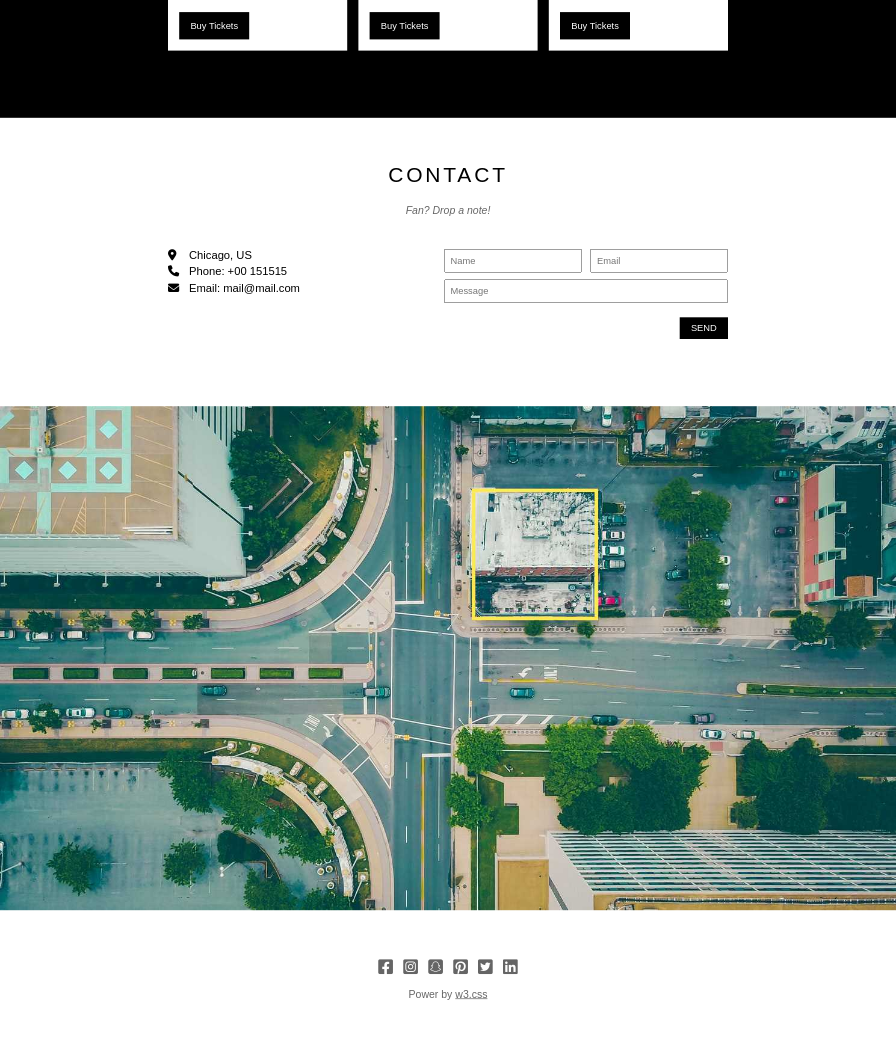
Repository: TranPhucThinh/clone-the-band
Page: index.html
The author's editor kept a copy of each file at every save. The page is drawn from the files as they stood at one save, then again after the next save.
The browser window is 1280 px wide. The pictures show the part of the page from y = 1926 to 3846 px (the page is 3433 px tall before and 3846 px after), at 70% of full size.
Some web libraries are served in a nearby version.

Above is the page before, as saved 2022-08-04 21:16:46.

### index.html
<!DOCTYPE html>
<html lang="en">

<head>
    <meta charset="UTF-8">
    <meta http-equiv="X-UA-Compatible" content="IE=edge">
    <meta name="viewport" content="width=device-width, initial-scale=1.0">

    <title>The Band</title>

    <link rel="stylesheet" href="./assets/style.css">
    <link rel="stylesheet" href="https://cdnjs.cloudflare.com/ajax/libs/font-awesome/6.1.2/css/all.min.css">
</head>

<body>
    <div id="main">

        <div id="header">
            <ul id="nav">
                <li><a href="">Home</a></li>
                <li><a href="">Band</a></li>
                <li><a href="">Tour</a></li>
                <li><a href="">Contact</a></li>
                <li>
                    <a href="">
                        More
                        <i class="fa-solid fa-caret-down"></i>
                    </a>

                    <ul class="subnav">
                        <li><a href="">Merchandise</a></li>
                        <li><a href="">Extras</a></li>
                        <li><a href="">Media</a></li>
                    </ul>
                </li>
            </ul>

            <div class="search-btn">
                <i class="fa-solid fa-magnifying-glass"></i>
            </div>
        </div>

        <div id="slider">
            <div class="text-slider">
                <div class="slider-heading">Los Angeles</div>
                <div class="slider-title">We had the best time playing at Venice Beach!</div>
            </div>
        </div>

        <div id="content">
            <!-- Section About -->
            <div class="section-about">
                <div class="section-content">
                    <p class="title">The band</p>
                    <i class="subtitle">We love music</i>

                    <p class="desc">
                        We have created a fictional band website. Lorem ipsum dolor sit amet, consectetur adipiscing
                        elit,
                        sed
                        do eiusmod tempor incididunt ut labore et dolore magna aliqua. Ut enim ad minim veniam, quis
                        nostrud
                        exercitation ullamco laboris nisi ut aliquip ex ea commodo consequat. Duis aute irure dolor in
                        reprehenderit in voluptate velit esse cillum dolore eu fugiat nulla pariatur. Excepteur sint
                        occaecat
                        cupidatat non proident, sunt in culpa qui officia deserunt mollit anim id est laborum
                        consectetur
                        adipiscing elit, sed do eiusmod tempor incididunt ut labore et dolore magna aliqua. Ut enim ad
                        minim
                        veniam, quis nostrud exercitation ullamco laboris nisi ut aliquip ex ea commodo consequat.
                    </p>
                    <div class="member">
                        <div class="member-1">
                            <p>Name</p>
                            <img src="./assets/imgs/bandmember.jpg" alt="">
                        </div>
                        <div class="member-2">
                            <p>Name</p>
                            <img src="./assets/imgs/bandmember.jpg" alt="">
                        </div>
                        <div class="member-3">
                            <p>Name</p>
                            <img src="./assets/imgs/bandmember.jpg" alt="">
                        </div>
                    </div>
                </div>
            </div>
            <!-- End of Section About -->

            <!-- Section Tour Dates -->
            <div class="tour-date">
                <div class="section-content">
                    <p class="title">Tour dates</p>
                    <i class="subtitle">Remember to book your tickets!</i>

                    <ul class="ticket-state">
                        <li>September<span class="sold-out">Sold out</span></li>
                        <li>October<span class="sold-out">Sold out</span></li>
                        <li>November<span class="quantity">3</span></li>
                    </ul>

                    <div class="places-list">
                        <div class="place-item">
                            <img src="./assets/imgs/newyork.jpg" alt="" class="place-img">
                            <div class="place-content">
                                <p class="place">New York</p>
                                <p class="time">Fri 27 Nov 2016</p>
                                <p class="place-desc">Praesent tincidunt sed tellus ut rutrum sed vitae justo.</p>
                                <button class="buy-ticket-btn js-buy-ticket">Buy Tickets</button>
                            </div>
                        </div>
                        <div class="place-item">
                            <img src="./assets/imgs/paris.jpg" alt="" class="place-img">
                            <div class="place-content">

                                <p class="place">Paris</p>
                                <p class="time">Sat 28 Nov 2016</p>
                                <p class="place-desc">Praesent tincidunt sed tellus ut rutrum sed vitae justo.</p>
                                <button class="buy-ticket-btn js-buy-ticket">Buy Tickets</button>
                            </div>
                        </div>
                        <div class="place-item">
                            <img src="./assets/imgs/sanfran.jpg" alt="" class="place-img">
                            <div class="place-content">
                                <p class="place">San Francisco</p>
                                <p class="time">Sun 29 Nov 2016</p>
                                <p class="place-desc">Praesent tincidunt sed tellus ut rutrum sed vitae justo.</p>
                                <button class="buy-ticket-btn js-buy-ticket">Buy Tickets</button>
                            </div>
                        </div>
                    </div>
                </div>
            </div>
            <!-- End of Section Tour Dates -->

            <!-- Section Contact -->
            <div class="section-contact">
                <div class="section-content">
                    <p class="title">Contact</p>
                    <i class="subtitle">Fan? Drop a note!</i>

                    <div class="contact-content">
                        <div class="contact-by">
                            <div class="address"><i class="fa-solid fa-location-dot icon-contact"></i>Chicago, US</div>
                            <div class="phone"><i class="fa-solid fa-phone icon-contact"></i>Phone: +00 151515</div>
                            <div class="email"><i class="fa-solid fa-envelope icon-contact"></i>Email: mail@mail.com
                            </div>
                        </div>

                        <div class="send-msg">
                            <form action="">
                                <div class="info-user">
                                    <input type="text" required class="input field-name" placeholder="Name">
                                    <input type="text" required class="input field-email" placeholder="Email">
                                </div>
                                <input type="text" required class="input field-msg" placeholder="Message">
                                <button class="send-btn">SEND</button>
                            </form>
                        </div>
                    </div>
                </div>
            </div>
            <!-- End of Section Contact -->

            <!-- Section Map -->
            <div class="section-map">
                <img src="./assets/imgs/map.jpg" alt="">
            </div>
            <!-- End of Section Map -->
        </div>

        <div id="footer">
            <div class="social-icon">
                <i class="fa-brands fa-square-facebook"></i>
                <i class="fa-brands fa-square-instagram"></i>
                <i class="fa-brands fa-square-snapchat"></i>
                <i class="fa-brands fa-square-pinterest"></i>
                <i class="fa-brands fa-square-twitter"></i>
                <i class="fa-brands fa-linkedin"></i>
            </div>
            <p>Power by <a>w3.css</a></p>
        </div>

        <!-- Buy tickets modal section -->
        <div class="modal">
            <div class="modal-container">
                <div class="header-modal">
                    <h1><i class="fa-solid fa-suitcase"></i> Tickets</h1>
                    <div class="close-btn">✖</div>
                </div>

                <div class="body-modal">
                    <div class="quantity-ticket">
                        <label for="quantity-input">
                            <i class="fa-solid fa-cart-shopping"></i>
                            Tickets, $15 per person
                        </label>
                        <input type="text" placeholder="How many?" id="quantity-input">
                        <div class="quantity-msg"></div>
                    </div>
                    <div class="send-to">
                        <label for="email-input">
                            <i class="fa-solid fa-user"></i>
                            Send To
                        </label>
                        <input type="text" placeholder="Enter email" id="email-input">
                        <div class="email-msg"></div>
                    </div>

                    <button class="pay-btn">PAY <i class="fa-solid fa-check"></i></button>
                    <p>Need <a>help?</a></p>
                </div>
            </div>
        </div>
        <!-- End of Buy tickets modal section -->
    </div>


    <script src="./src/script.js"></script>
</body>

</html>

### assets/style.css
* {
  padding: 0;
  margin: 0;
  box-sizing: border-box;
}

html {
  font-family: Arial, Helvetica, sans-serif;
}

/* ----------------- Header Section ----------------- */
#header {
  height: 46px;
  background-color: #000;
  position: fixed;
  top: 0;
  right: 0;
  left: 0;
  z-index: 1;
}

#nav {
  display: inline-block;
}

#nav > li {
  display: inline-block;
}

#nav li {
  position: relative;
}

#nav > li > a {
  color: #fff;
  text-transform: uppercase;
}

#nav li a {
  line-height: 46px;
  padding: 0 24px;
  display: inline-block;
  text-decoration: none;
}

#nav > li:hover > a,
.subnav li:hover a {
  color: #000;
  background-color: #ccc;
}

#nav .subnav {
  display: none;
  position: absolute;
  background-color: #fff;
  box-shadow: 0 4px 10px 0 rgb(0 0 0 / 20%), 0 4px 20px 0 rgb(0 0 0 / 19%);
}

#nav li:last-child:hover .subnav {
  display: block;
}

#nav li:last-child:hover .fa-caret-down {
  color: #000;
}

#nav .subnav li {
  list-style-type: none;
}

#nav .subnav a {
  color: #000;
  display: block;
  line-height: 40px;
  padding: 0 32px;
}

#header .fa-solid {
  color: #fff;
}

.search-btn {
  float: right;
  line-height: 46px;
  padding: 0 20px;
}

.search-btn:hover {
  background-color: red;
  cursor: pointer;
}
/* ---------- End of Header Section ------------ */

/* -------------- Slider Section -------------- */
#slider {
  background-color: #fff;
  margin-top: 46px;
  padding-top: 50%;
  background: url('/assets/imgs/la.jpg') top center / cover no-repeat;
  position: relative;
}

#slider .text-slider {
  color: #fff;
  text-align: center;
  position: absolute;
  bottom: 47px;
  left: 50%;
  transform: translate(-50%);
}

#slider .slider-heading {
  font-size: 20px;
  margin-bottom: 16px;
}

#slider .slider-title {
  font-size: 14px;
  font-weight: 700;
}
/* ------------- End of Slider Section ------------- */

/* ------------- Content Section ----------------- */
/* About Section */
.section-content {
  max-width: 800px;
  margin: 0 auto;
  text-align: center;
  padding: 64px 0;
}

.section-content .title {
  font-size: 30px;
  text-transform: uppercase;
  letter-spacing: 4px;
  margin-bottom: 25px;
}

.section-content .subtitle {
  opacity: 0.6;
  font-size: 15px;
  margin-bottom: 15px;
  display: inline-block;
}

#content .desc {
  text-align: justify;
  font-size: 15px;
  line-height: 1.4;
  margin-bottom: 47px;
}

#content .member {
  display: flex;
  justify-content: space-around;
  margin-bottom: 32px;
}

.member p {
  margin-bottom: 15px;
}

.member img {
  width: 60%;
  border-radius: 8px;
}
/* End of About Section */

/* Tour date Section */
.tour-date {
  background-color: #000;
  color: #fff;
}

.ticket-state {
  text-align: start;
  list-style-type: none;
  margin-top: 25px;
}

.ticket-state li {
  padding: 8px 20px;
  background-color: #fff;
  color: #757575;
  border-bottom: 1px solid #ddd;
}

.ticket-state .sold-out {
  background-color: #f44336;
  color: #fff;
  padding: 4px 8px;
  margin-left: 12px;
}

.ticket-state .quantity {
  float: right;
  color: #fff;
  background-color: #000;
  width: 24px;
  height: 24px;
  text-align: center;
  line-height: 24px;
  border-radius: 50%;
  margin-top: -3px;
}

.places-list {
  padding: 32px 0;
  display: flex;
  margin: 0 -8px;
}

.place-item {
  width: 33.33%;
  padding: 0 8px;
}

.place-item img {
  width: 100%;
  display: block;
}

.place-content {
  background-color: #fff;
  color: #000;
  text-align: start;
  padding: 16px;
}

.place-content .place {
  margin-bottom: 16px;
  font-weight: 700;
}

.place-content .time {
  opacity: 0.6;
  font-size: 14px;
  margin-bottom: 16px;
}

.place-content .place-desc {
  margin-bottom: 16px;
}

.place-content .buy-ticket-btn {
  border: none;
  color: #fff;
  background-color: #000;
  padding: 12px 16px;
}

.place-content .buy-ticket-btn:hover {
  color: #000;
  background-color: #ccc;
  cursor: pointer;
}
/* End of Tour date Section */

/* Contact Section */
.contact-content {
  display: flex;
  justify-content: space-between;
  padding: 32px 0;
}

.contact-by {
  text-align: start;
}

.contact-by .icon-contact {
  width: 30px;
  margin-bottom: 8px;
}

.field-name {
  margin-right: 8px;
}

.field-msg {
  width: 100%;
  margin-top: 8px;
}

.input {
  padding: 8px;
}

.send-btn {
  border: none;
  background-color: #000;
  color: #fff;
  padding: 8px 16px;
  margin-top: 20px;
  float: right;
}

.send-btn:hover {
  color: #000;
  background-color: #ccc;
  cursor: pointer;
}
/* End of Contact Section */

/* Map Section */
.section-map img {
  width: 100%;
}
/* End of Map Section */
/* ------------- End of Content Section ------------- */

/* ----------------- Footer Section ----------------- */
#footer {
  padding: 64px;
}

.social-icon {
  font-size: 24px;
  opacity: 0.6;
  text-align: center;
}

.social-icon i {
  margin: 0 4px;
}

.social-icon i:hover {
  opacity: 0.4;
  cursor: pointer;
}

#footer p {
  margin: 15px;
  font-size: 15px;
  opacity: 0.6;
  text-align: center;
}

#footer a {
  text-decoration: underline;
  cursor: pointer;
}
/* -------------- End of Footer Section ----------------- */

/* -------------- Modal Section ----------------- */
.modal {
  position: fixed;
  right: 0;
  left: 0;
  top: 0;
  bottom: 0;
  background: rgba(0, 0, 0, 0.4);
  display: flex;
  align-items: center;
  display: none;
}

.modal-container {
  width: 900px;
  max-width: calc(100%-32px);
  margin: 0 auto;
}

.header-modal {
  padding: 32px;
  background-color: #009688;
  text-align: center;
  color: #fff;
  position: relative;
}

.header-modal i {
  margin-right: 8px;
}

.close-btn {
  font-size: 24px;
  position: absolute;
  top: 0;
  right: 0;
  padding: 8px 16px;
}

.close-btn:hover {
  background-color: #ccc;
  color: #000;
  cursor: pointer;
}

.body-modal {
  background-color: #fff;
  padding: 0 16px;
  font-size: 15px;
}

.body-modal label {
  display: block;
  padding: 15px 0;
}

.body-modal input {
  width: 100%;
  padding: 8px;
  border: 1px solid #ccc;
  margin-bottom: 8px;
}

.pay-btn {
  border: none;
  width: 100%;
  background-color: #009688;
  color: #fff;
  padding: 16px;
  margin-top: 24px;
}

.pay-btn:hover {
  background-color: #ccc;
  color: #000;
  cursor: pointer;
}

.body-modal p {
  text-align: right;
  padding: 24px 0;
}

.body-modal a {
  text-decoration: underline;
  color: blue;
  cursor: pointer;
}

.open {
  display: flex;
}

.danger {
  color: red;
  font-size: 13px;
  font-style: italic;
}

### src/script.js
const btns = document.querySelectorAll('.js-buy-ticket');
const modal = document.querySelector('.modal');
const closeBtn = document.querySelector('.close-btn');
const quantityInput = document.getElementById('quantity-input');
const quantityMsg = document.querySelector('.quantity-msg');
const emailInput = document.getElementById('email-input');
const emailMsg = document.querySelector('.email-msg');
const payBtn = document.querySelector('.pay-btn');

const regExEmail = /^\w+([\.-]?\w+)*@\w+([\.-]?\w+)*(\.\w{2,3})+$/;
const regExQuantity = /^[0-9]+$/;

const reset = () => {
  quantityInput.value = '';
  emailInput.value = '';
  quantityMsg.innerHTML = '';
  emailMsg.innerHTML = '';
};

btns.forEach((btn) => {
  btn.addEventListener('click', () => {
    modal.classList.add('open');
  });
});

closeBtn.addEventListener('click', () => {
  reset();
  modal.classList.remove('open');
});

payBtn.addEventListener('click', () => {
  let flat = false;
  if (!quantityInput.value || quantityInput.value === '0') {
    quantityMsg.innerHTML = `<span class="danger">Enter a number greater than 0, please!</span>`;
  } else if (!regExQuantity.test(quantityInput.value)) {
    quantityMsg.innerHTML = `<span class="danger">Value is invalid!</span>`;
  } else {
    quantityMsg.innerHTML = '';
    flat = true;
  }

  if (!emailInput.value) {
    emailMsg.innerHTML = `<span class="danger">Enter your email, please!</span>`;
    flat = false;
  } else if (!regExEmail.test(emailInput.value)) {
    emailMsg.innerHTML = '<span class="danger">Your email is invalid!</span>';
    flat = false;
  } else {
    emailMsg.innerHTML = '';
  }

  if (flat) {
    modal.classList.remove('open');
    alert('You have successfully ordered');

    reset();
  }
});

After the next save:
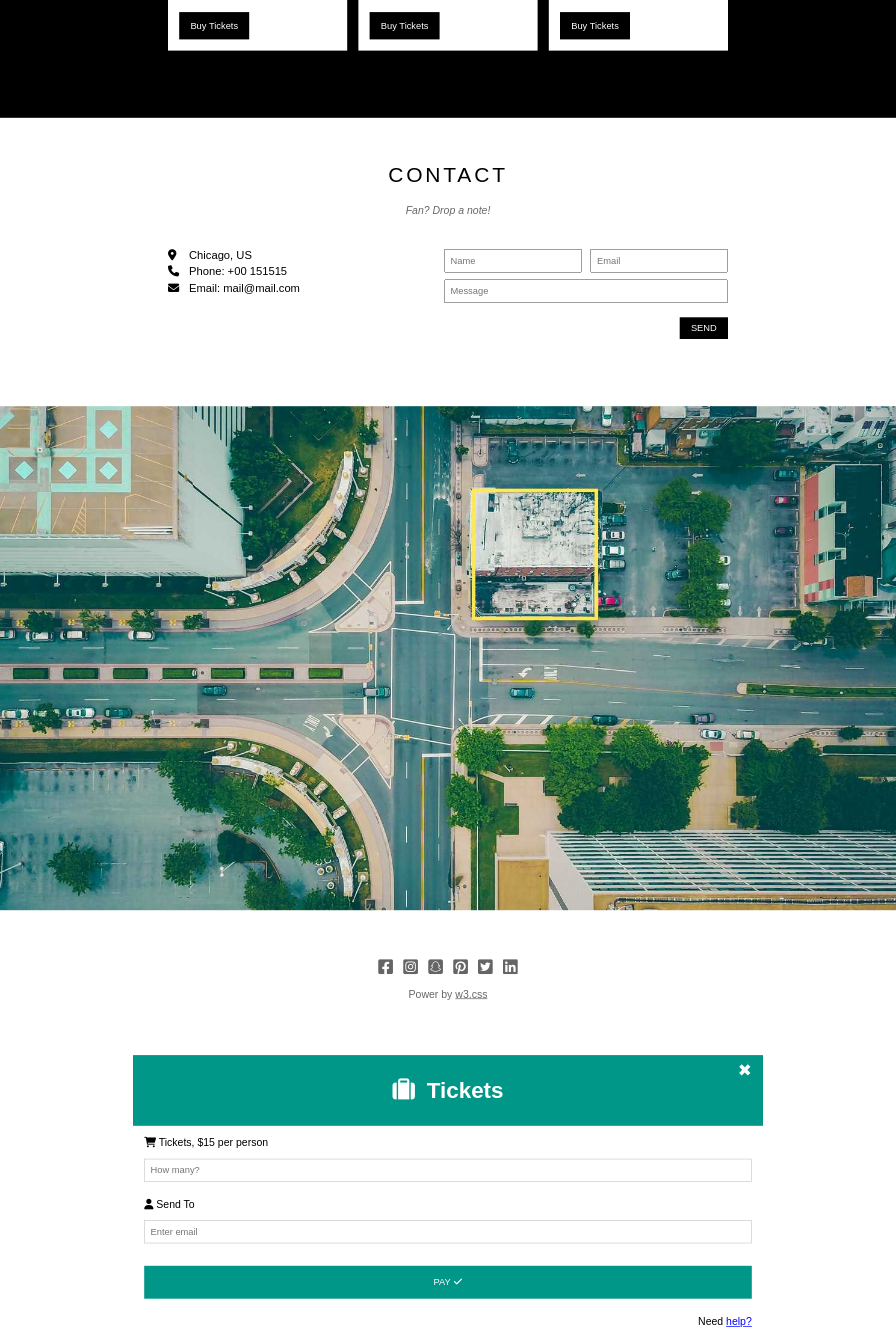
Saved 4 min 25 s later.
--- a/index.html
+++ b/index.html
@@ -182,7 +182,7 @@
         </div>
 
         <!-- Buy tickets modal section -->
-        <div class="modal">
+        <div class="js-modal">
             <div class="modal-container">
                 <div class="header-modal">
                     <h1><i class="fa-solid fa-suitcase"></i> Tickets</h1>

After the 4 saves that followed:
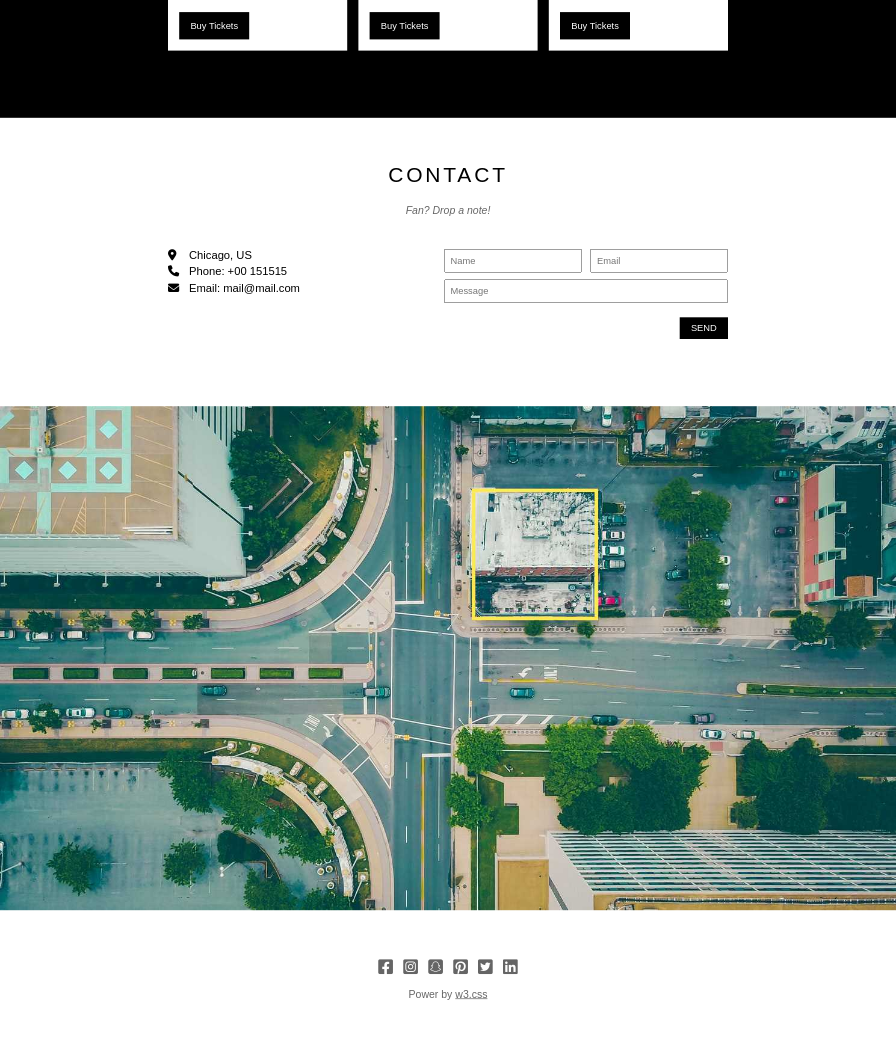
The 4 saves are shown as one change because 3 left the picture as it was.
The last was saved 8 min 37 s later.
--- a/index.html
+++ b/index.html
@@ -182,7 +182,7 @@
         </div>
 
         <!-- Buy tickets modal section -->
-        <div class="js-modal">
+        <div class="modal">
             <div class="modal-container">
                 <div class="header-modal">
                     <h1><i class="fa-solid fa-suitcase"></i> Tickets</h1>
--- a/assets/style.css
+++ b/assets/style.css
@@ -439,3 +439,4 @@ html {
   font-size: 13px;
   font-style: italic;
 }
+/* ---------End of Modal Section ------------ */
